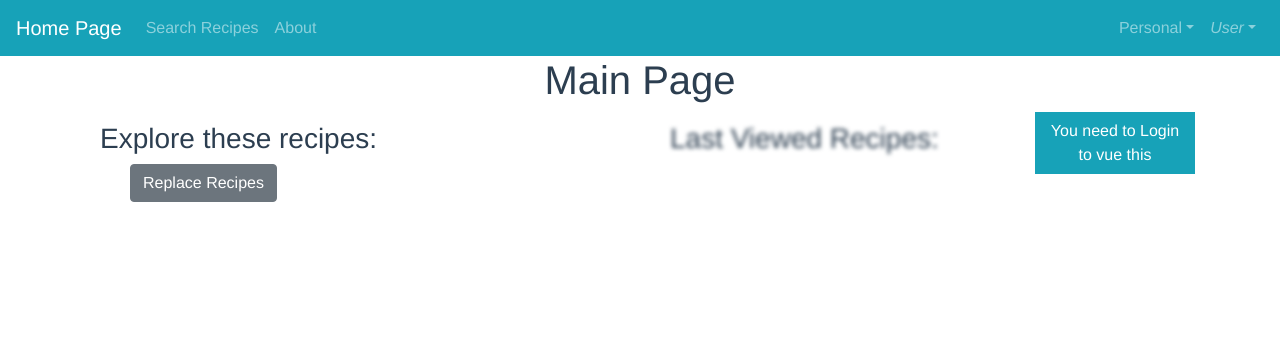
Repository: chenshor/cooking-site
Page: /
These files come from the project's save history. The page is drawn as it stood at one moment and after the next save; the edit follows.
The browser window is 1280 px wide. The pictures show the whole page.
The page's requests for data from a server got no answer. The project was rebuilt for these pictures with package versions that can differ from the ones it lists, and the page was loaded fresh each time. No one was signed in, and anything a server would have sent is missing. Also part of the build but not shown: vue.config.js, src/components/Indication.vue, src/components/RecipePreview.vue, src/pages/NotFoundPage.vue, src/components/IngredientSpoon.vue, src/components/Favorite.vue, src/pages/RecipePage.vue, src/assets/countries.js and 8 more.

Above is the page before, as saved 2020-06-22 21:13:17.

After the next save:
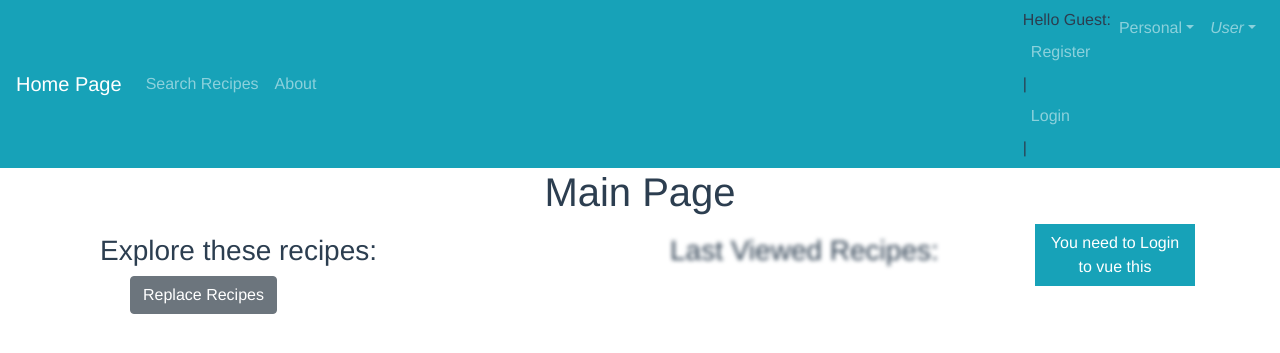
Saved 2 min 21 s later.
--- a/src/App.vue
+++ b/src/App.vue
@@ -13,6 +13,12 @@
 
         <!-- Right aligned nav items -->
         <b-navbar-nav class="ml-auto">
+          <span v-if="!$root.store.username">
+            Hello Guest:
+            <b-nav-item to="/register">Register</b-nav-item>|
+            <b-nav-item to="/login">Login</b-nav-item>|
+          </span>
+
           <b-nav-item-dropdown text="Personal">
             <b-dropdown-item to="/FamilyList">Family Recipes</b-dropdown-item>
             <b-dropdown-item to="/myRecipes">My Recipes</b-dropdown-item>
@@ -33,10 +39,7 @@
 
     <!--
 
-    <div id="nav">
-      <router-link to="/">Vue Recipes</router-link>|
-      <router-link to="/search">Search Recipes</router-link>|
-      <router-link to="/about">About</router-link>|
+
       <span v-if="!$root.store.username">
         Hello Guest:
         <router-link to="/register">Register</router-link>|
